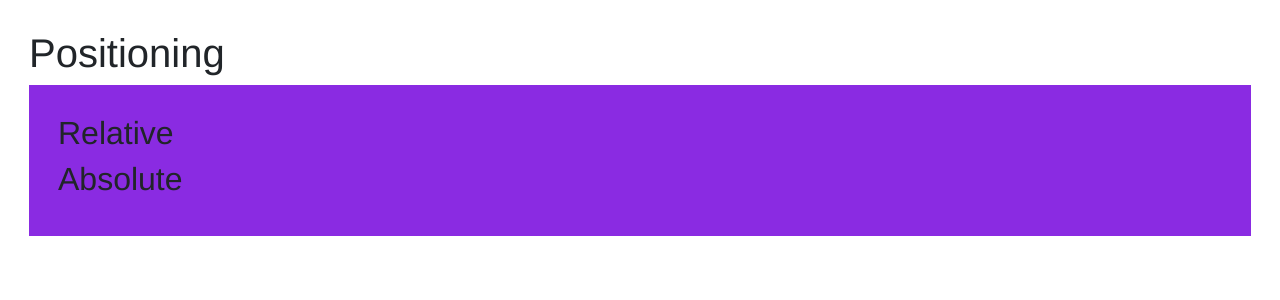
Repository: alboss/bit-175
Page: docs/positioning.html
An editor plug-in stored every save of this project. The page is shown before and after the next save, followed by the edit.
The browser window is 1280 px wide. The pictures show the whole page.

Above is the page before, as saved 2023-04-24 11:35:52.

After the next save:
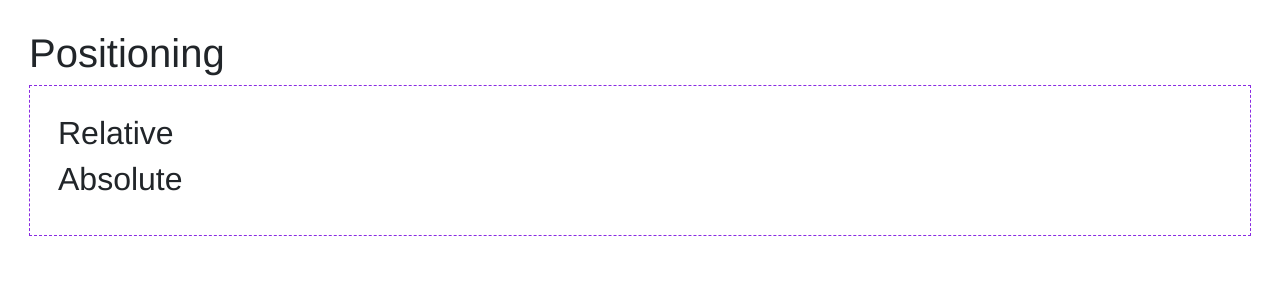
Saved 24 s later.
--- a/docs/positioning.html
+++ b/docs/positioning.html
@@ -28,7 +28,7 @@
       main {
         padding: 2em;
         border: 1px dashed blueviolet;
-        background-color: blueviolet;
+        background-color:;
       }
     </style>
   </head>
